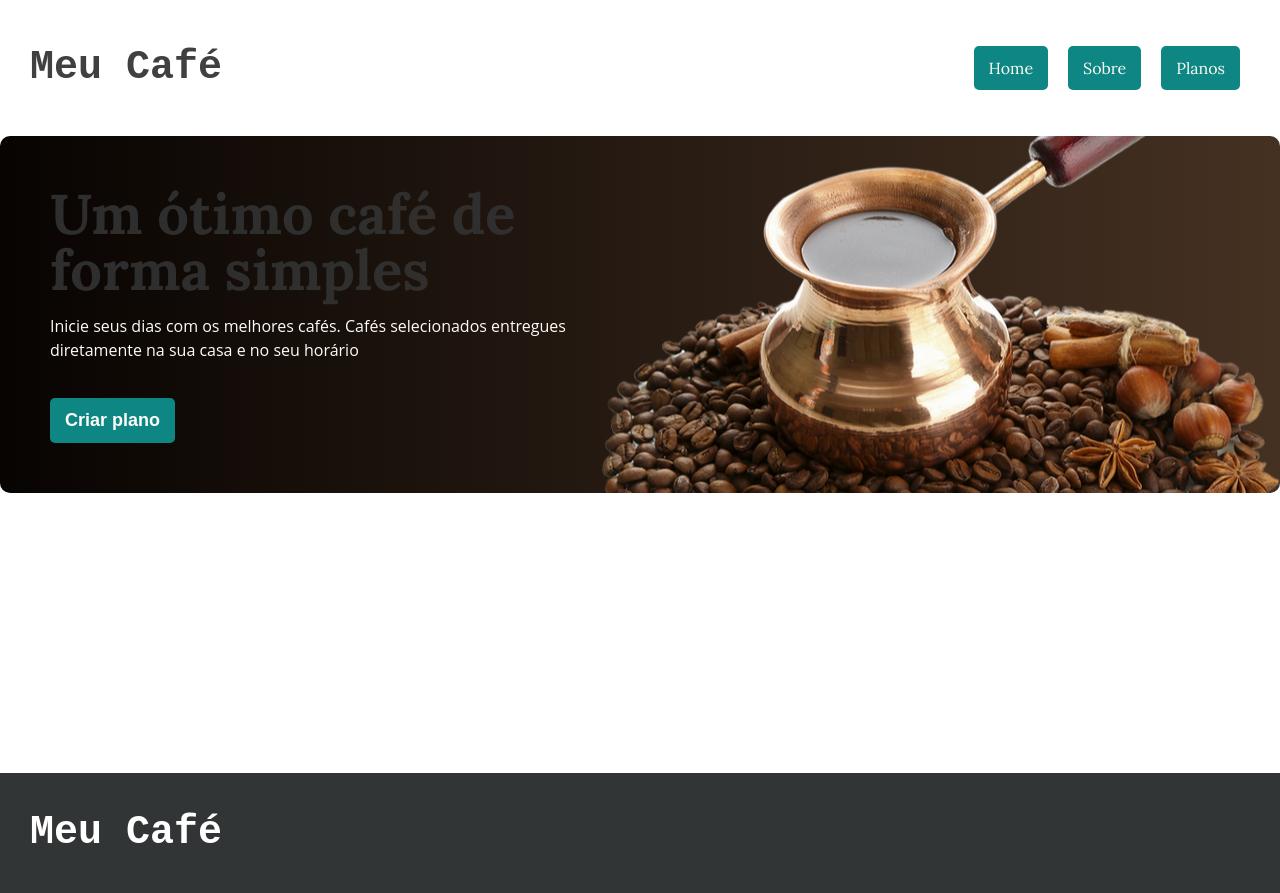
Repository: meiotera/meu_cafe.dev
Page: /sobre
The author's editor kept a copy of each file at every save. The page is drawn from the files as they stood at one save, then again after the next save.
The browser window is 1280 px wide. The pictures show the whole page.
The project was rebuilt for these pictures with package versions that can differ from the ones it lists, and the page was loaded fresh each time. Also part of the build but not shown: vite.config.js, src/Pages/Home.module.css, src/components/Card/Card.module.css, src/components/Card/Card.jsx, src/Pages/Home.jsx, src/Pages/YourPlane.jsx.

Above is the page before, as saved 2025-04-03 18:53:19.

### src/index.css
@import url('https://fonts.googleapis.com/css2?family=Lora:wght@400;700&display=swap');

:root {
  font-family: 'Lora', sans-serif;
  line-height: 1.5;
  font-weight: 400;
  box-sizing: border-box; /* Mantido */

  color: rgba(255, 255, 255, 0.87);

  font-synthesis: none;
  text-rendering: optimizeLegibility;
  -webkit-font-smoothing: antialiased;
  -moz-osx-font-smoothing: grayscale;
}

a {
  font-weight: 500;
  color: #646cff;
  text-decoration: inherit;
}
a:hover {
  color: #535bf2;
}

h1,
h2,
h3 {
  font-family: 'Lora', sans-serif;
  color: rgba(50, 49, 49, 0.93);
  margin: 0; /* Removido o margin */
}

p {
  font-family: 'Open Sans', sans-serif;
}

main::after {
  content: '';
  display: block;
  height: 280px;
}

body {
  max-width: 1280px;
  margin: 0 auto;
}

### src/App.jsx
import React from 'react';
import { BrowserRouter, Routes, Route } from 'react-router-dom';

import Home from './Pages/Home';
import AboutUs from './Pages/AboutUs';
import YourPlane from './Pages/YourPlane';

import Header from './components/Header/Header';
import Main from './components/Main/Main';
import Footer from './components/Footer/Footer';

function App() {
  return (
    <>
      <BrowserRouter>
        <Header />

        <Main>
          <Routes>
            <Route path="/" element={<Home />} />
            <Route path="/sobre" element={<AboutUs />} />
            <Route path="planos" element={<YourPlane />} />
          </Routes>
        </Main>

        <Footer />
      </BrowserRouter>
    </>
  );
}

export default App;

### src/Pages/AboutUs.jsx
import React from 'react';
import Banner from '../components/Banner/Banner';

const AboutUs = () => {
  return (
    <Banner
      titulo={'Um ótimo café de forma simples'}
      imagem={'artesanal'}
      texto={
        'Inicie seus dias com os melhores cafés. Cafés selecionados entregues diretamente na sua casa e no seu horário'
      }
      botao={'Criar plano'}
    />
  );
};

export default AboutUs;

### src/components/Header/Header.jsx
import React from 'react';

import styles from './Header.module.css';
import NavBar from '../NavBar/NavBar';
import Banner from '../Banner/Banner';

const Header = () => {
  return (
    <header className={styles.header}>
      <h1 className={styles.titulo}>Meu Café</h1>

      <NavBar />
    </header>
  );
};

export default Header;

### src/components/Main/Main.jsx
import React from 'react';

const Main = ({ children }) => {
  return <main>{children}</main>;
};

export default Main;

### src/components/Footer/Footer.jsx
import React from 'react';
import styles from './Footer.module.css';

const Footer = () => {
  return (
    <footer className={styles.footer}>
      <h1 className={styles.titulo}>Meu Café</h1>
    </footer>
  );
};

export default Footer;

### src/components/Banner/Banner.jsx
import React from 'react';

import styles from './Banner.module.css';

const Banner = ({ titulo, texto, botao }) => {
  return (
    <div className={styles.banner}>
      <div className={styles.containerText}>
        <h2>{titulo}</h2>

        <p>{texto}</p>
        {botao && <button className={styles.button}>{botao}</button>}
      </div>
    </div>
  );
};

export default Banner;

### src/components/Header/Header.module.css
.header {
  height: max-content;
  color: rgba(50, 49, 49, 0.93);

  padding: 30px;
  display: flex;
  flex-wrap: wrap;
  justify-content: center;
  align-items: center;
}

.titulo {
  font-size: 2.5em;
  font-family: 'Courier New', Courier, monospace;
  font-weight: bold;
}

@media screen and (min-width: 548px) {
  .header {
    justify-content: space-between;
  }
}

### src/components/NavBar/NavBar.jsx
import React from 'react';
import { NavLink } from 'react-router-dom';

import styles from './NavBar.module.css';

const NavBar = () => {
  return (
    <nav className={styles.navbar}>
      <ul>
        <li>
          <NavLink to={'/'}>Home</NavLink>
        </li>
        <li>
          <NavLink to={'/sobre'}>Sobre</NavLink>
        </li>
        <li>
          <NavLink to={'/planos'}> Planos</NavLink>
        </li>
      </ul>
    </nav>
  );
};
export default NavBar;

### src/components/Footer/Footer.module.css
.titulo {
  font-size: 2.5em;
  font-family: 'Courier New', Courier, monospace;
  font-weight: bold;
  color: #fff;
}

.footer {
  padding: 30px;
  background-color: rgb(50, 53, 53);
}

### src/components/Banner/Banner.module.css
.banner {
  background-image: url('../../../public/img/artesanal.png'),
    linear-gradient(to left, #453122, #080402);

  background-repeat: no-repeat;
  background-position: right;
  display: flex;

  justify-content: space-between;
  align-items: center;
  padding: 30px 50px;
  border-radius: 10px;
}

.containerText {
  color: #fefcf7;
  max-width: 50%;
  padding: 20px 0;
}

.containerText h2 {
  font-size: 3.5em;
  line-height: 1;
}

.button {
  border: none;
  background-color: #0e8784;
  border-radius: 5px;
  padding: 12px 15px;
  color: #fefcf7;
  font-weight: bold;
  font-size: 18px;
  cursor: pointer;
  margin-top: 20px;
  transition: ease-in-out 0.2s;
}

.button:hover {
  background-color: #189b99;
}

@media screen and (max-width: 820px) {
  .containerText {
    max-width: 500px;
  }
}

### src/components/NavBar/NavBar.module.css
.navbar ul {
  display: flex;
  padding: 0;
  justify-content: space-between;
}

.navbar li {
  list-style: none;
  margin: 10px;
}

.navbar a {
  padding: 12px 15px;
  background-color: #0e8784;
  border-radius: 5px;
  color: #fefcf7;
}

.navbar a:hover {
  background-color: #189b99;
}

Loaded but not shown: index.html (common file); src/main.jsx (common file)

After the next save:
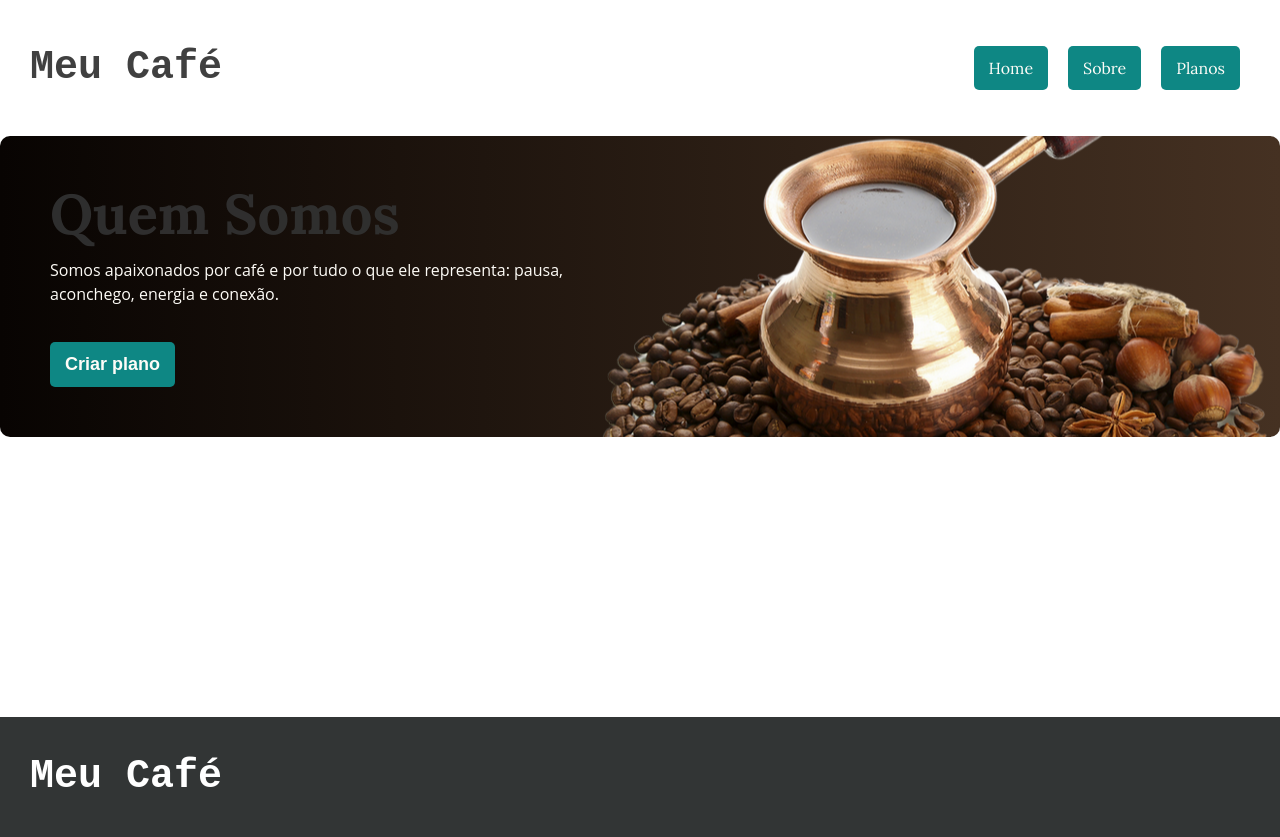
Saved 96 s later.
--- a/src/Pages/AboutUs.jsx
+++ b/src/Pages/AboutUs.jsx
@@ -4,10 +4,10 @@ import Banner from '../components/Banner/Banner';
 const AboutUs = () => {
   return (
     <Banner
-      titulo={'Um ótimo café de forma simples'}
+      titulo={'Quem Somos'}
       imagem={'artesanal'}
       texto={
-        'Inicie seus dias com os melhores cafés. Cafés selecionados entregues diretamente na sua casa e no seu horário'
+        'Somos apaixonados por café e por tudo o que ele representa: pausa, aconchego, energia e conexão.'
       }
       botao={'Criar plano'}
     />
